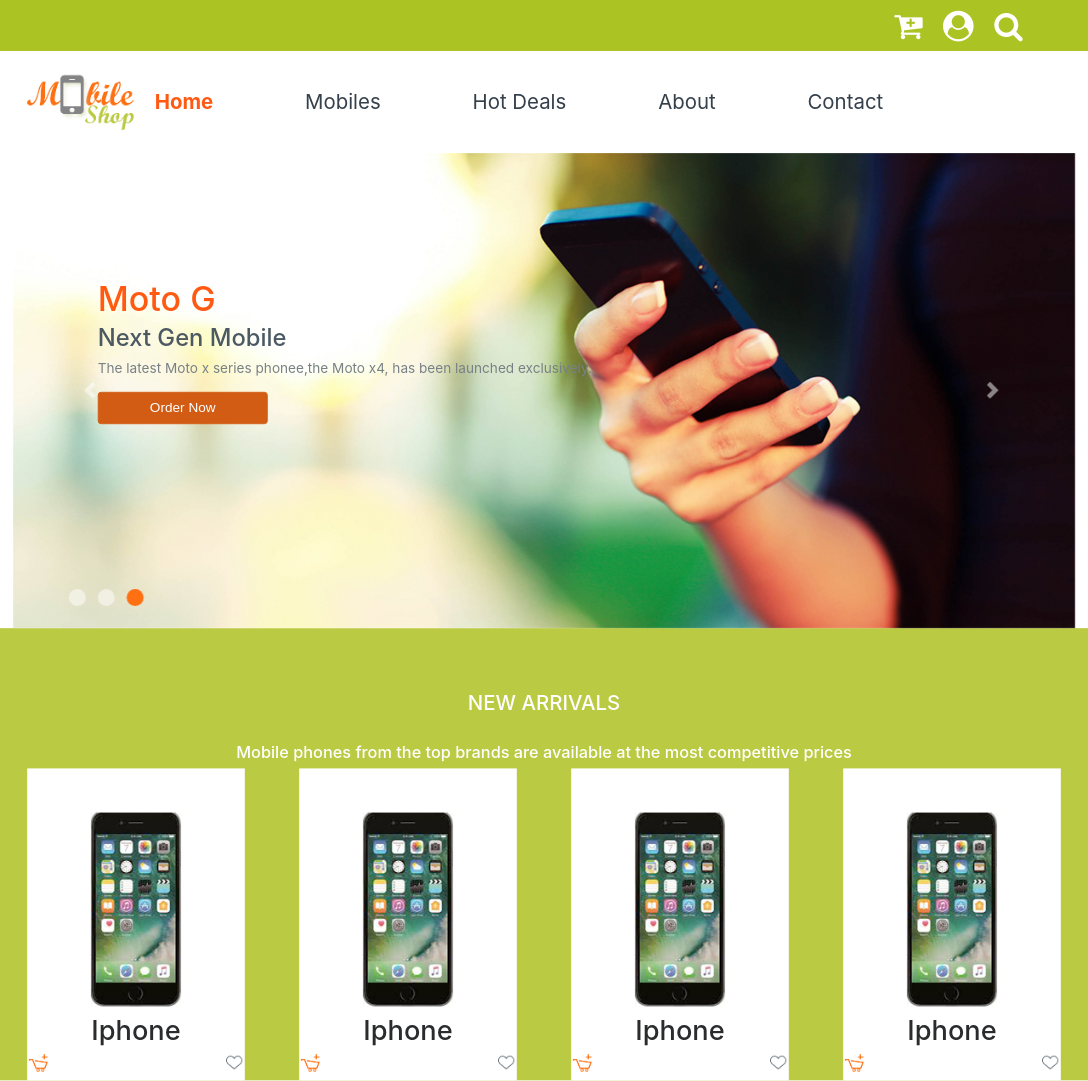
Repository: rajmohanr/mobile
Page: index.html
An editor plug-in stored every save of this project. The page is shown before and after the next save, followed by the edit.
The browser window is 1280 px wide. The pictures show the whole page, at 85% of full size.

Above is the page before, as saved 2018-04-01 12:03:37.
Console error (its wording comes from the project's code and is left out).

After the next save:
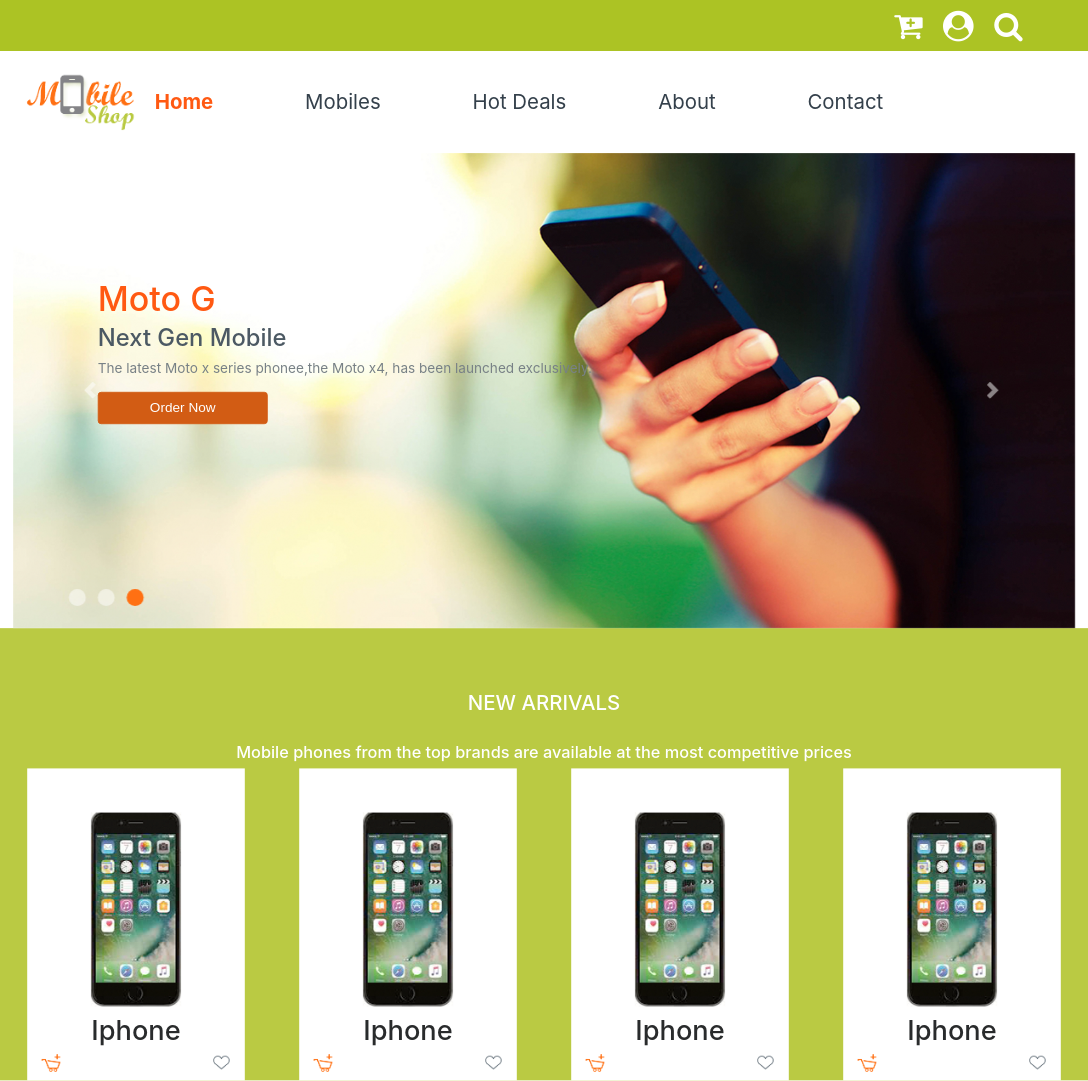
Saved 60 s later.
--- a/css/style.css
+++ b/css/style.css
@@ -121,6 +121,7 @@
 .cart-sec{
 width: 50%;
 float: left;
+padding-left: 15px;
 
 }
 
@@ -128,4 +129,5 @@
     width: 50%;
     float: right;
     text-align: right;
+    padding-right: 15px;
 }
